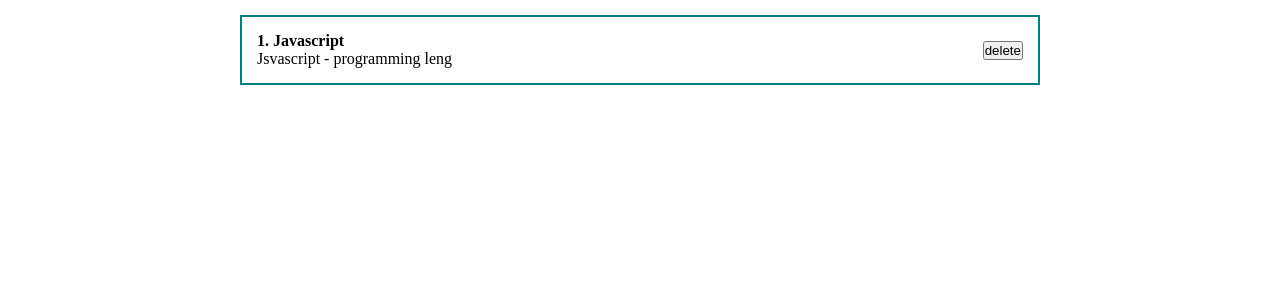
Repository: tsydikov/reactTodo
Page: /
These files come from the project's save history. The page is drawn as it stood at one moment and after the next save; the edit follows.
The browser window is 1280 px wide. The pictures show the whole page.
The project was rebuilt for these pictures with package versions that can differ from the ones it lists, and the page was loaded fresh each time.

Above is the page before, as saved 2021-08-29 12:14:13.

After the next save:
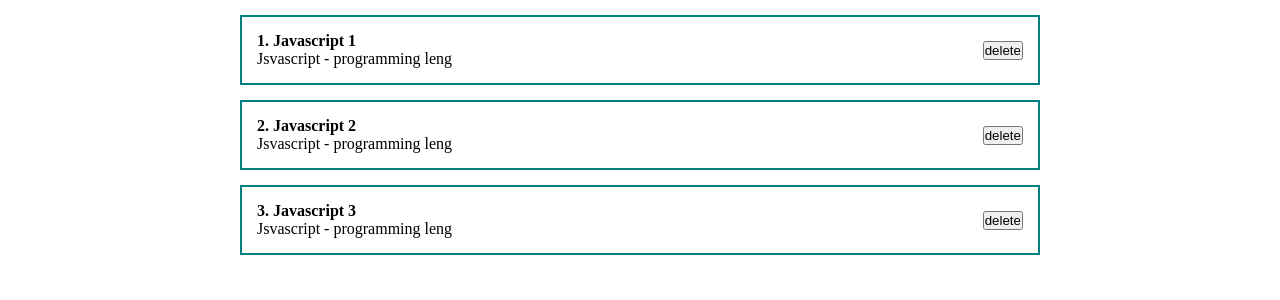
Saved 3 min 48 s later.
--- a/src/App.js
+++ b/src/App.js
@@ -10,7 +10,9 @@ function App() {
   ])
   return (
     <div className="App">
-      <PostItem post={{id:1, title:'Javascript', body:'Jsvascript - programming leng'}} />
+      {posts.map(post =>
+        <PostItem post={post} />
+      )}
     </div>
   );
 }
